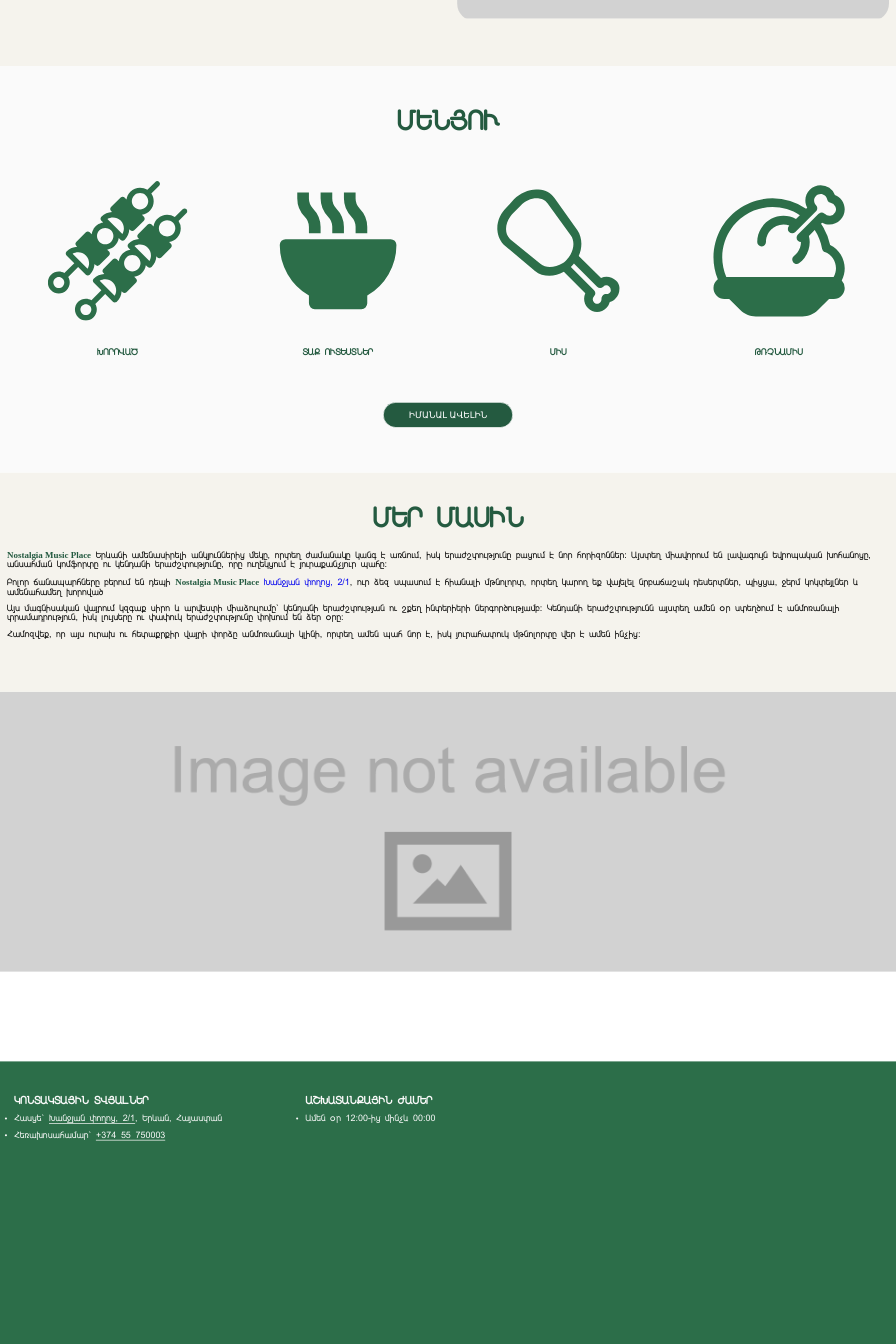
Repository: RuVerr/nost-testttt
Page: index.html
An editor plug-in stored every save of this project. The page is shown before and after the next save, followed by the edit.
The browser window is 1280 px wide. The pictures show the part of the page from y = 1126 to 3046 px (the page is 3046 px tall), at 70% of full size.
Pictures or frames that could not be fetched are drawn as grey boxes.

Above is the page before, as saved 2025-03-01 20:08:02.

After the next save:
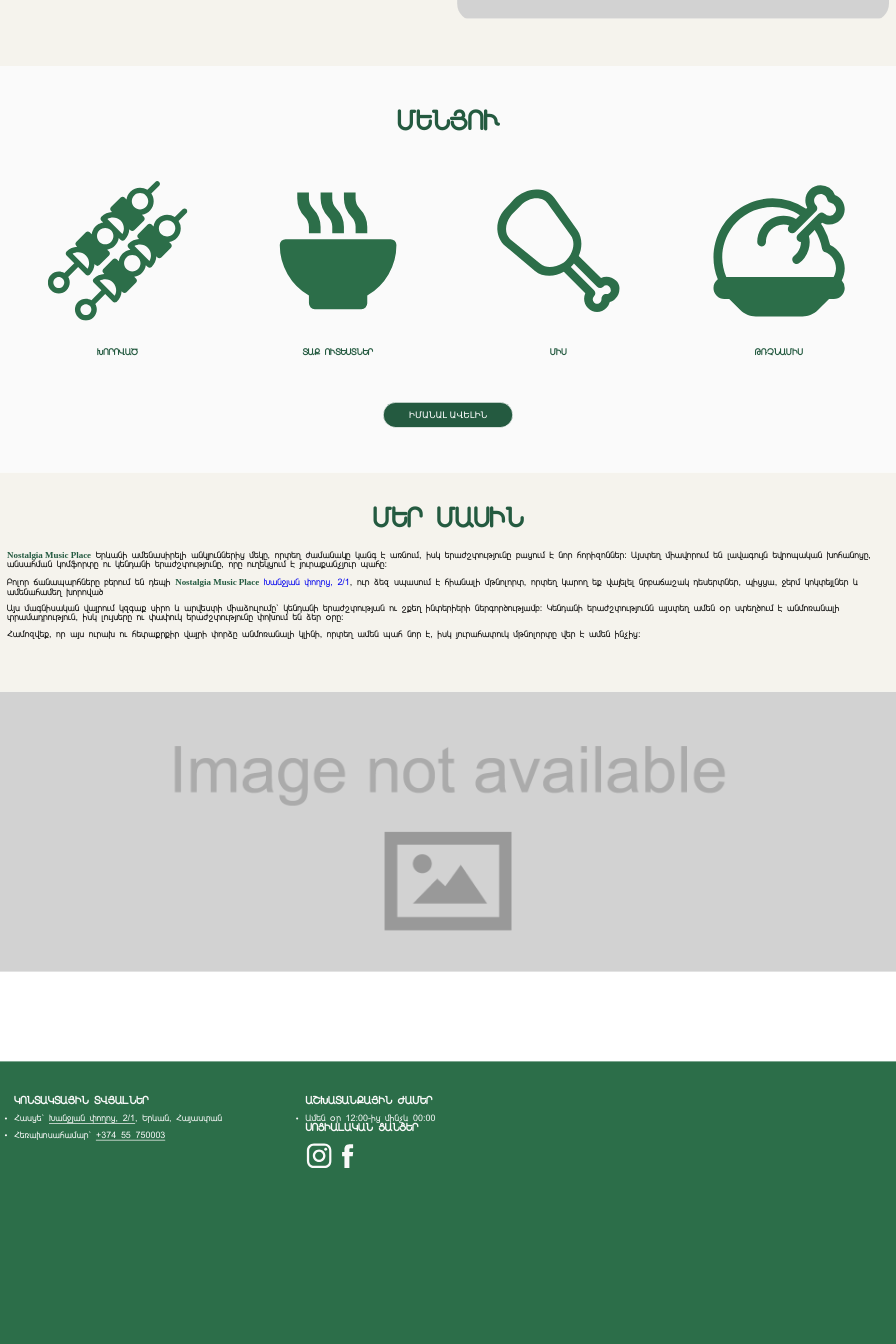
Saved 4 s later.
--- a/index.html
+++ b/index.html
@@ -369,6 +369,23 @@
                             Ամեն օր 12:00-ից մինչև 00:00
                         </li>
                     </ul>
+                    <div class="social_networks">
+                        <h3 class="contact_information_title font-family text-transform-uppercase">
+                            Սոցիալական ցանցեր
+                        </h3>
+                        <ul class="contact_information_list grid justify-content-center">
+                            <li class="contact_information_list_item font-family">
+                                <a href="https://www.instagram.com/nostalgia_music_place/">
+                                    <img src="./icons/social-networks/instagram-icon.svg" alt="instagram icon green" class="contact_information_list_icon">
+                                </a>
+                            </li>
+                            <li class="contact_information_list_item font-family">
+                                <a href="https://www.facebook.com/NostalgiaMusicPlace11/">
+                                    <img src="./icons/social-networks/facebook-icon.svg" alt="facebook icon green" class="contact_information_list_icon">
+                                </a>
+                            </li>
+                        </ul>
+                    </div>
                 </div>
                 <div class="map_lication">
                     <iframe src="https://www.google.com/maps/embed?pb=!1m18!1m12!1m3!1d1179.9665225226893!2d44.5160230573367!3d40.173041511064774!2m3!1f0!2f0!3f0!3m2!1i1024!2i768!4f13.1!3m3!1m2!1s0x406abda99ad4e649%3A0xb8f93c131b9016b2!2sNostalgia%20Music%20Place!5e1!3m2!1sru!2sam!4v1740845159413!5m2!1sru!2sam" width="400" height="300" style="border:0;" allowfullscreen="" loading="lazy" referrerpolicy="no-referrer-when-downgrade"></iframe>
